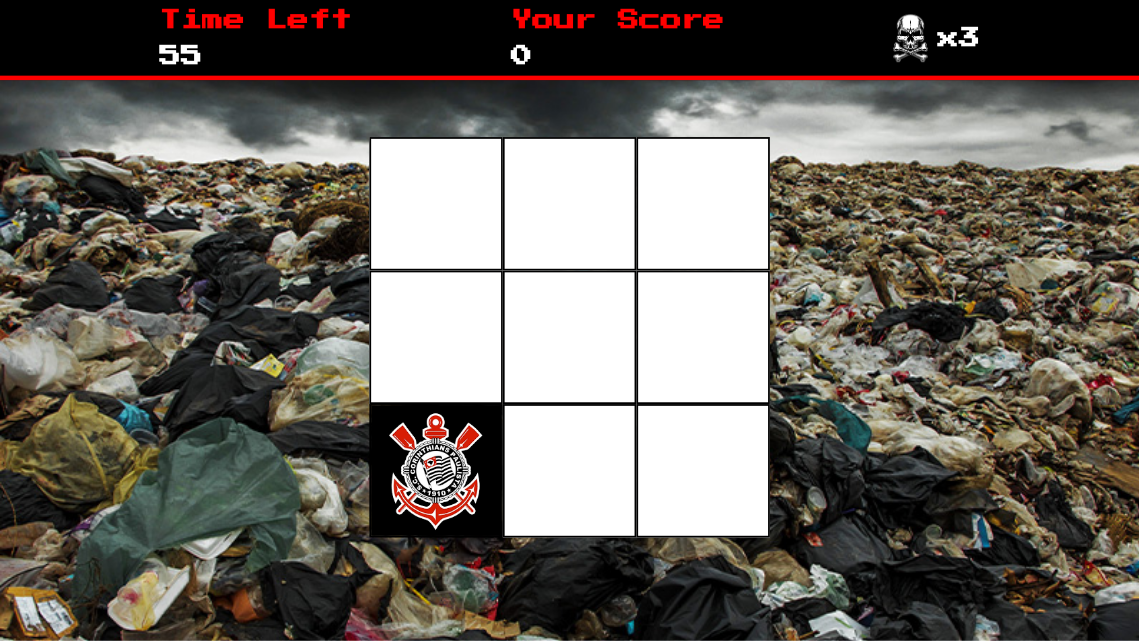
Repository: saulobeltrame/jogo-corinthians
Page: index.html
These files come from the project's save history. The page is drawn as it stood at one moment and after the next save; the edit follows.
The browser window is 1280 px wide. The pictures show the whole page, at 89% of full size.
Some web fonts or font styles are not loaded; a fallback is used.

Above is the page before, as saved 2024-11-20 21:39:33.

After the next save:
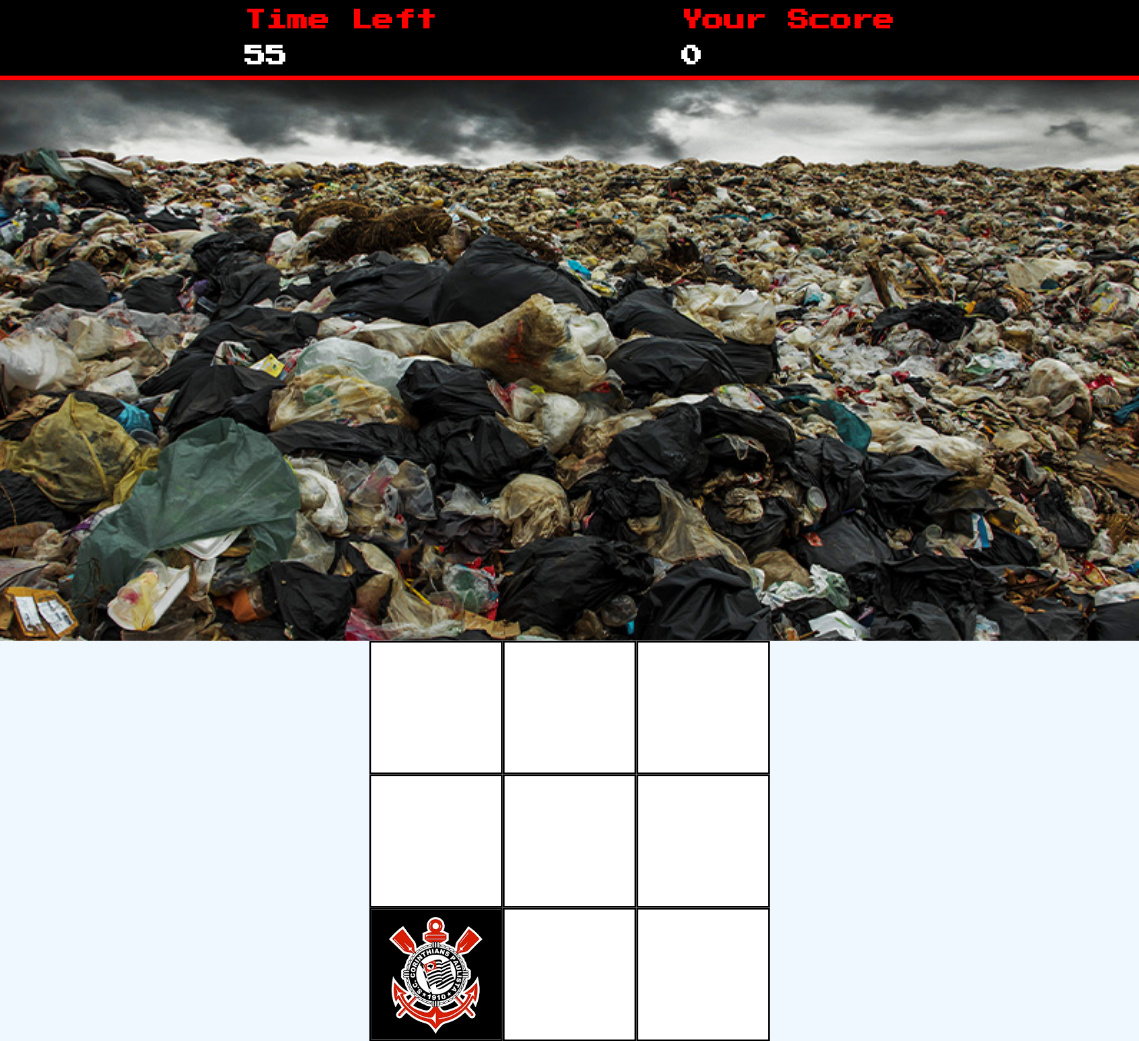
Saved 5 s later.
--- a/index.html
+++ b/index.html
@@ -30,9 +30,7 @@
                 <h2 id="score">0</h2>
 
             </div>
-            <div class="menu-lives">
-                <img src="./src/images/caveira.jpg" height="60px">
-                <h2>x3</h2>
+
             </div>
 
         </div>

After the save that followed:
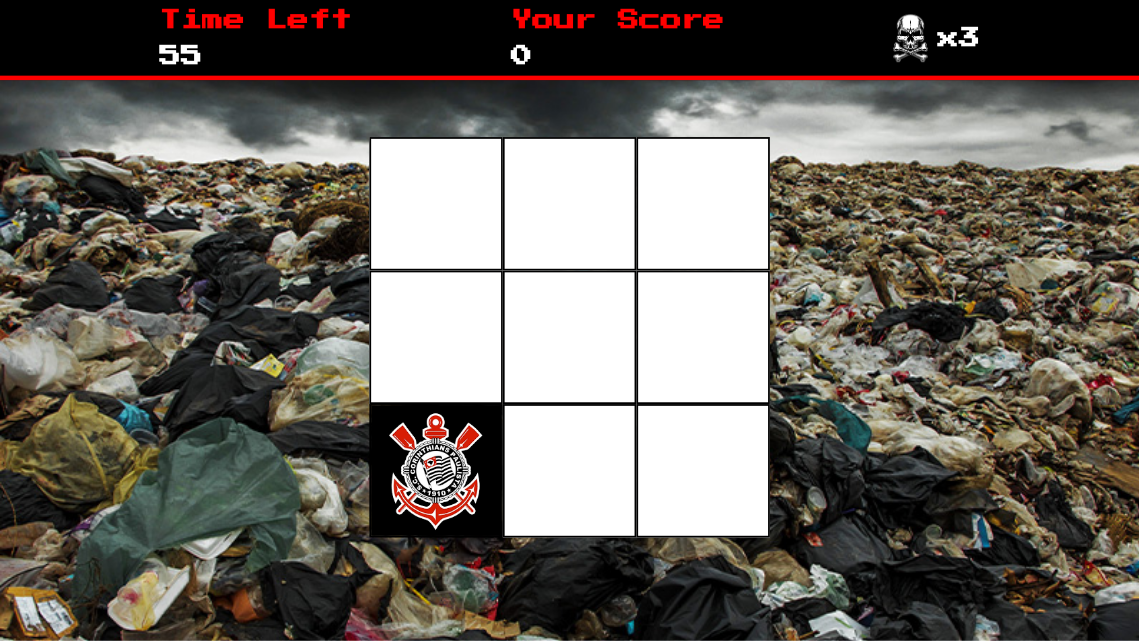
Saved 5 s later.
--- a/index.html
+++ b/index.html
@@ -30,7 +30,9 @@
                 <h2 id="score">0</h2>
 
             </div>
-
+            <div class="menu-lives">
+                <img src="./src/images/caveira.jpg" height="60px">
+                <h2>x3</h2>
             </div>
 
         </div>
